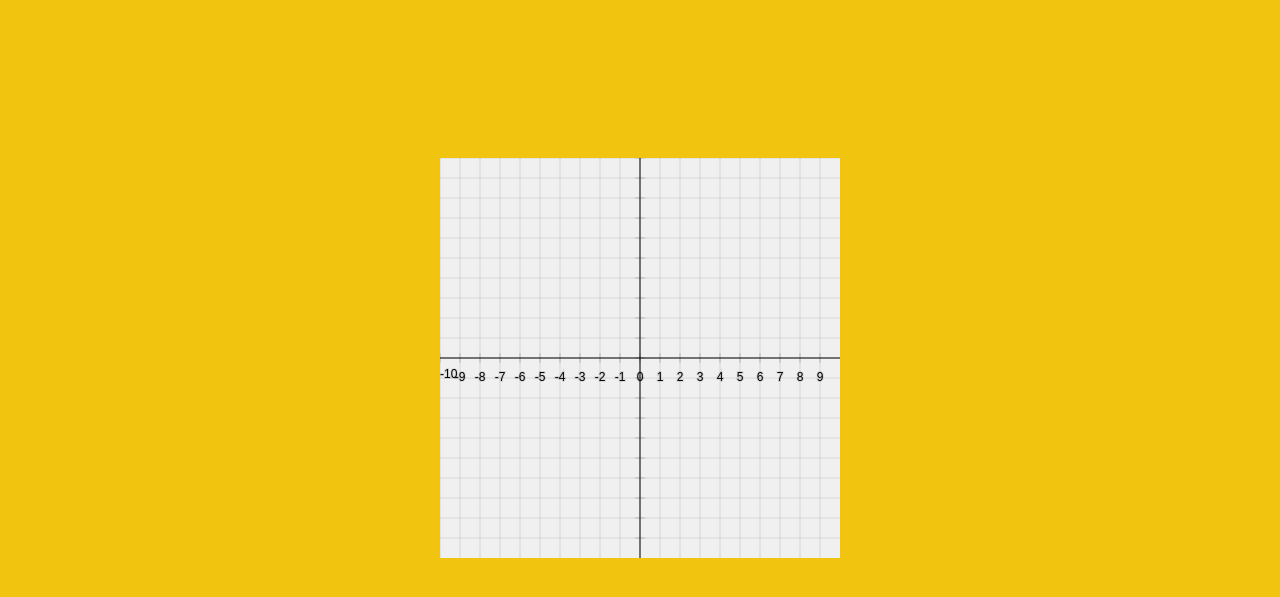
Repository: animarcus/graphing-app
Page: index.html
The author's editor kept a copy of each file at every save. The page is drawn from the files as they stood at one save, then again after the next save.
The browser window is 1280 px wide. The pictures show the whole page.
Some web libraries are served in a nearby version.

Above is the page before, as saved 2020-09-26 19:46:11.

After the next save:
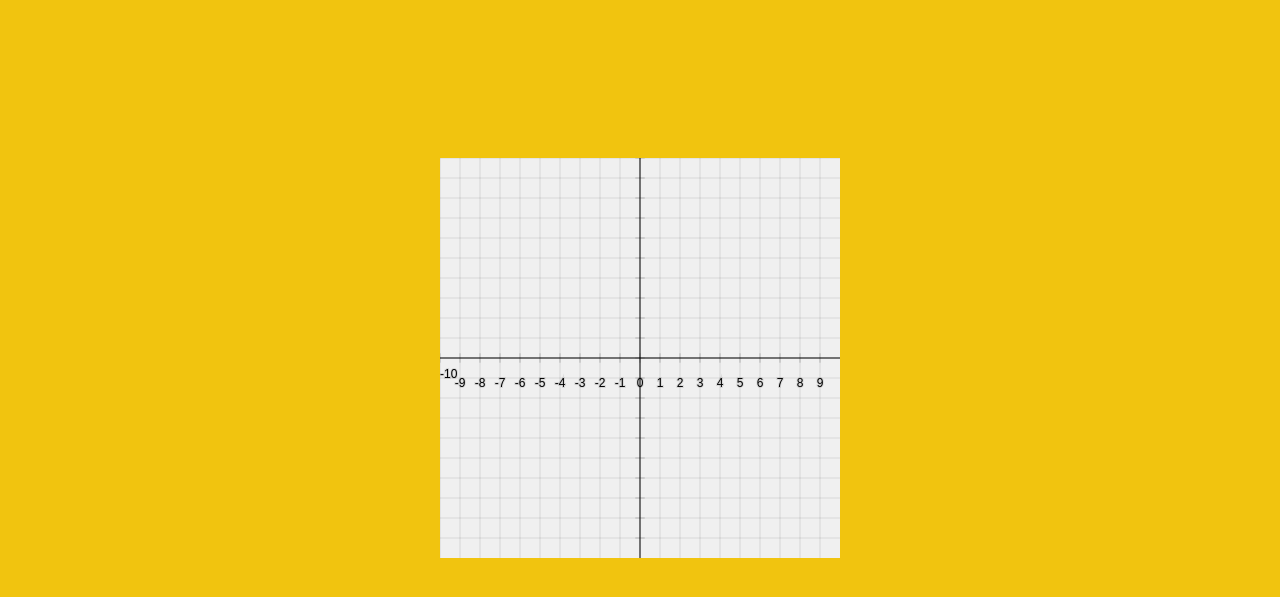
Saved 9 s later.
--- a/js/sketch.js
+++ b/js/sketch.js
@@ -23,7 +23,7 @@ function setup() {
     line(x, -cellW/5, x, cellW/5);
 
     text(currentX, x, cellW);
-    textAlign(CENTER, CENTER);
+    textAlign(CENTER, TOP);
   }
   for (let y = -canvasH/2; y < canvasH/2; y += cellW) {
     strokeWeight(1);
